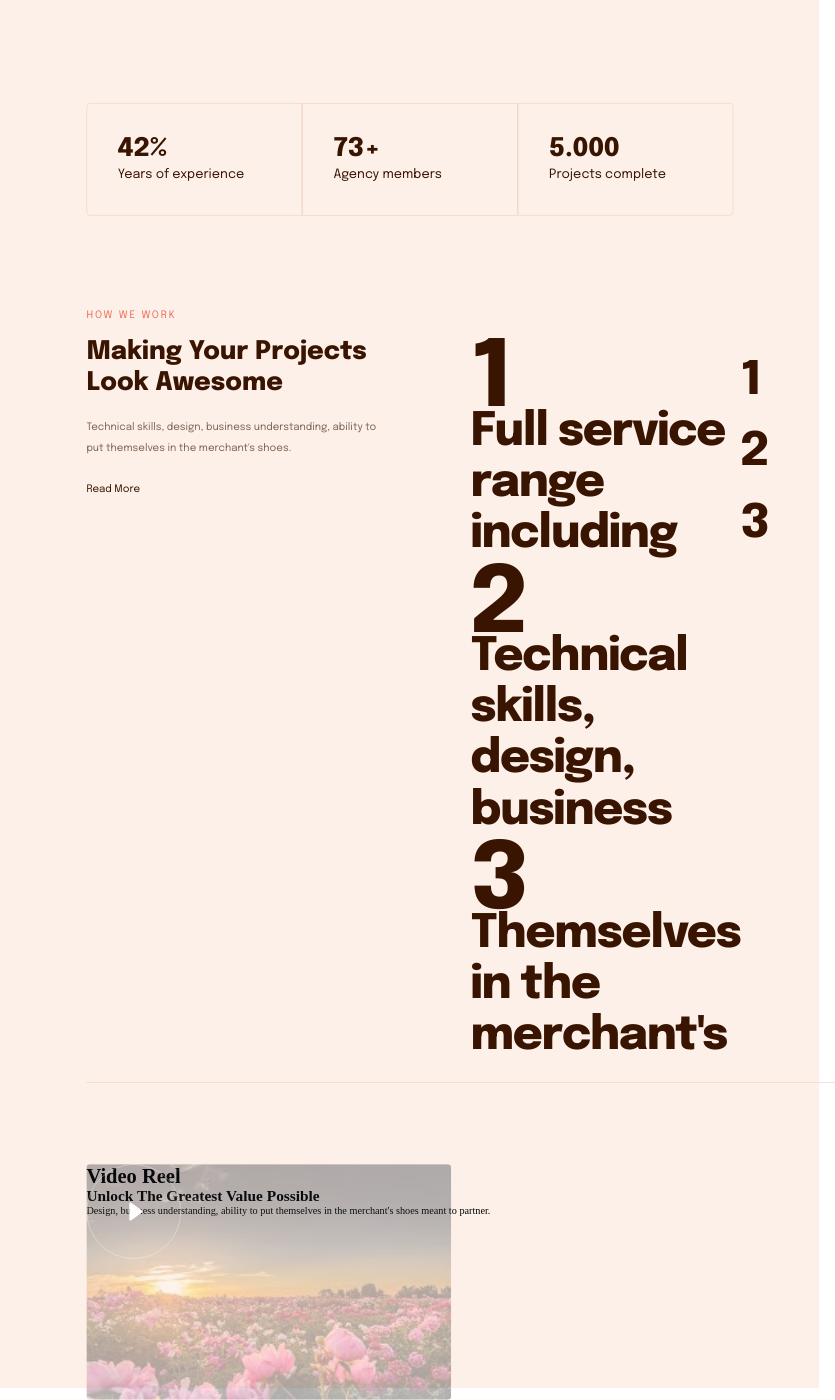
Repository: AytacJafarova/task2
Page: index.html
These files come from the project's save history. The page is drawn as it stood at one moment and after the next save; the edit follows.
The browser window is 1280 px wide. The page is 1305 px wide, so the pictures cover 1305 px, including what lies to the right of the window. The pictures show the whole page, at 64% of full size.

Above is the page before, as saved 2023-08-01 14:17:30.

### index.html
<!DOCTYPE html>
<html lang="en">

<head>
    <meta charset="UTF-8">
    <meta name="viewport" content="width=device-width, initial-scale=1.0">
    <title>Document</title>
    <link rel="stylesheet" href="./index.css">
</head>

<body>
    <div class="container">
        <div class="projects">
            <ul>
                <li>

                    <h1>42%</h1>
                    <p>Years of experience</p>
                </li>
                <li>
                    <h1>73+</h1>
                    <p>Agency members</p>
                </li>
                <li>
                    <h1>5.000</h1>
                    <p>Projects complete</p>
                </li>
            </ul>
        </div>
        <div class="work">
            <div class="box1">
                <h1>How we work</h1>
                <h2>Making Your Projects <br> Look Awesome</h2>
                <p>Technical skills, design, business understanding, ability to put themselves in the
                    merchant's shoes.</p>
                <a href="#">Read More</a>
            </div>
            <div class="box2">
                <ul>
                    <li>
                        <h1>1</h1>
                        <p>Full service range including</p>
                    </li>
                    <li>
                        <h1>2</h1>
                        <p>Technical skills, design, business</p>
                    </li>
                    <li>
                        <h1>3</h1>
                        <p>Themselves in the merchant's</p>
                    </li>
                </ul>
                <ul>
                    <li>1</li>
                    <li>2</li>
                    <li>3</li>
                </ul>
                <div class="texts">
                    <h1></h1>
                    <h1></h1>
                    <h1></h1>
                </div>
            </div>
        </div>
        <div class="border"></div>
        <div class="video">
            <div class="video-img">
                <img class="first" src="./images/images.jpg" alt="">
                <img src="./images/play.svg" alt="">
            </div>
            <div class="texts">
                <h1>Video Reel</h1>
                <h2>Unlock The Greatest Value Possible</h2>
                <p>Design, business understanding, ability to put themselves in the merchant's shoes meant to partner.
                </p>
            </div>
        </div>
    </div>
</body>

</html>

### index.css
@import url('https://fonts.googleapis.com/css2?family=Epilogue:wght@400;800&display=swap');
* {
    padding: 0;
    margin: 0;
    box-sizing: border-box;
}
.container {
    padding: 161px 134px 268px 135px;
    background: #FDF0E9;
}
.projects ul {
    display: flex;
    /* border-radius: 6px 0px 0px 6px; */
}
.projects ul li {
    display: flex;
    flex-direction: column;
    justify-content: center;
    list-style-type: none;
border: 1px solid #F3D1BF;
width: 33.33%;
height: 176px;
padding-left: 48px;
}
li:first-child{
border-radius: 6px 0px 0px 6px;
}
li:last-child{
border-radius: 0px 6px 6px 0px;
}


.projects ul li h1 {
    color: var(--text-dark, #391400);
font-feature-settings: 'clig' off, 'liga' off;
font-family: Epilogue;
font-size: 40px;
font-style: normal;
font-weight: 800;
line-height: 48px;
}
.projects ul li p {
    color: var(--text-dark, #391400);
font-feature-settings: 'clig' off, 'liga' off;
font-family: Epilogue;
font-size: 20px;
font-style: normal;
font-weight: 400;
line-height: 32px;
}
.work {
    display:flex ;
    margin-top: 140px;
}
.box1 h1 {
    color: var(--text-dark-accent, #EF6D58);
font-feature-settings: 'clig' off, 'liga' off;
font-family: Epilogue;
font-size: 16px;
font-style: normal;
font-weight: 400;
line-height: 32px;
letter-spacing: 3px;
text-transform: uppercase;
margin-bottom: 17px;
}
.box1 h2 {
    color: var(--text-dark, #391400);
font-feature-settings: 'clig' off, 'liga' off;
font-family: Epilogue;
font-size: 40px;
font-style: normal;
font-weight: 800;
line-height: 48px;
margin-bottom: 30px;
}
.box1 p {
    width: 470px;
height: 68px;
flex-shrink: 0;
    color: var(--text-dark-gray, rgba(57, 20, 0, 0.64));
font-feature-settings: 'clig' off, 'liga' off;
font-family: Epilogue;
font-size: 16px;
font-style: normal;
font-weight: 400;
line-height: 32px;
margin-bottom: 28px;
}
.box1 a {
    color: var(--text-dark, #391400);
font-feature-settings: 'clig' off, 'liga' off;
font-family: Epilogue;
font-size: 16px;
font-style: normal;
font-weight: 400;
line-height: 32px;
text-decoration: none;
}
.box2 {
    display: flex;
    margin-left: 130px;
    margin-top: 78px;
}
.box2 ul li {
    list-style-type: none;
    color: #391400;
font-feature-settings: 'clig' off, 'liga' off;
font-family: Epilogue;
font-size: 72px;
font-style: normal;
font-weight: 800;
line-height: 80px;
letter-spacing: -2px;
margin-bottom: 32px;
}
.box2 .texts h1 {
    color: var(--text-dark, #391400);
font-feature-settings: 'clig' off, 'liga' off;
font-family: Epilogue;
font-size: 24px;
font-style: normal;
font-weight: 700;
line-height: 32px;
margin-bottom: 80px;
margin-top: 20px;
margin-left: 54px;
}
.border {
    width: 1170px;
height: 1px;
flex-shrink: 0;
background: #F3D1BF;
}
.video {
    display: flex;
    margin-top:127px;
}
.video .video-img .first  {
    width: 570px;
    height: 368px;
    flex-shrink: 0;
    border-radius: 6px;
opacity: 0.318057119846344;
background: #5C2000;
}
.video .video-img  img {
    width: 148px;
height: 148px;
flex-shrink: 0;
color: FFFFF;
margin-bottom: 0;
position: absolute;
}
.video-img {
    position: relative;
}

After the next save:
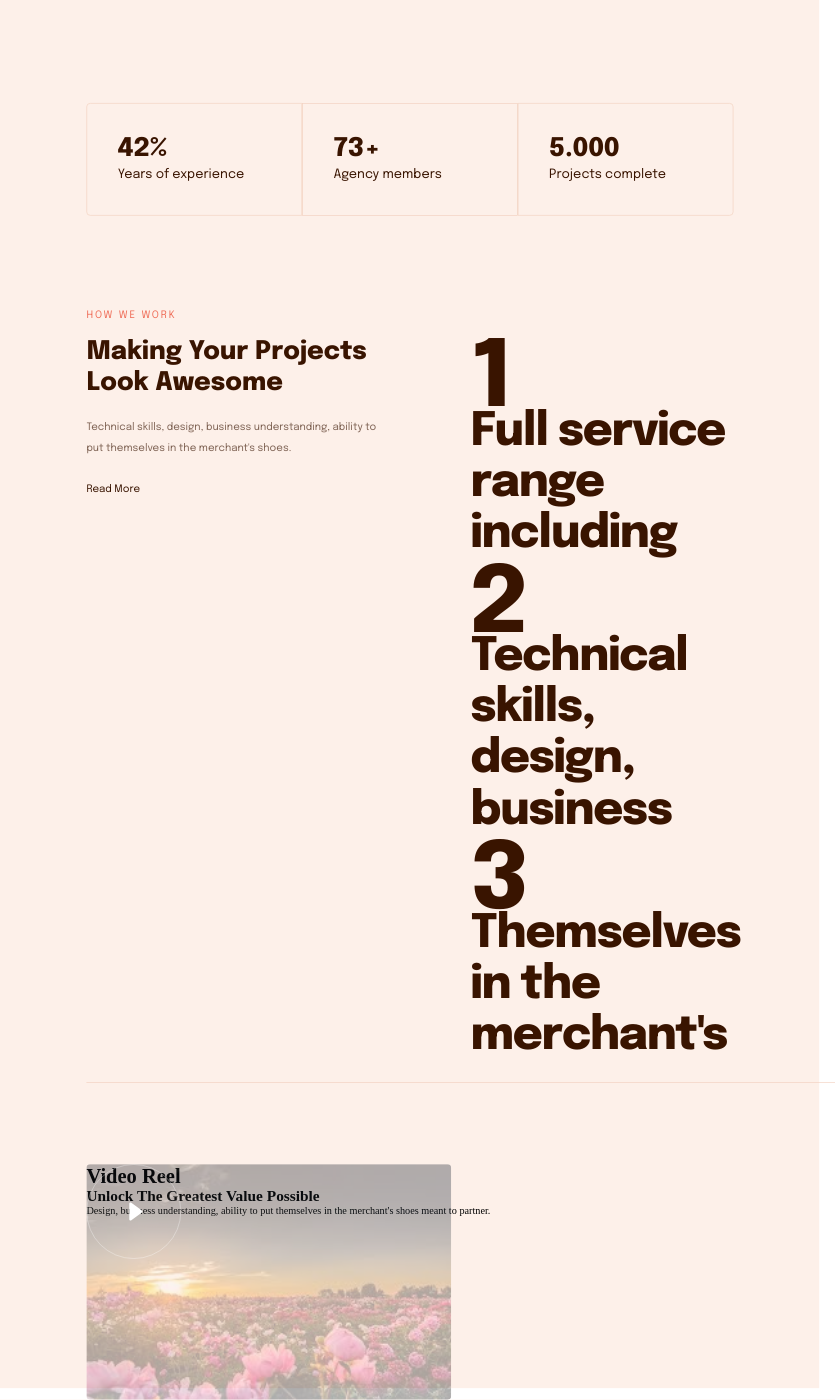
Saved 16 s later.
--- a/index.html
+++ b/index.html
@@ -50,7 +50,7 @@
                         <p>Themselves in the merchant's</p>
                     </li>
                 </ul>
-                <ul>
+                <!-- <ul>
                     <li>1</li>
                     <li>2</li>
                     <li>3</li>
@@ -59,7 +59,7 @@
                     <h1></h1>
                     <h1></h1>
                     <h1></h1>
-                </div>
+                </div> -->
             </div>
         </div>
         <div class="border"></div>
